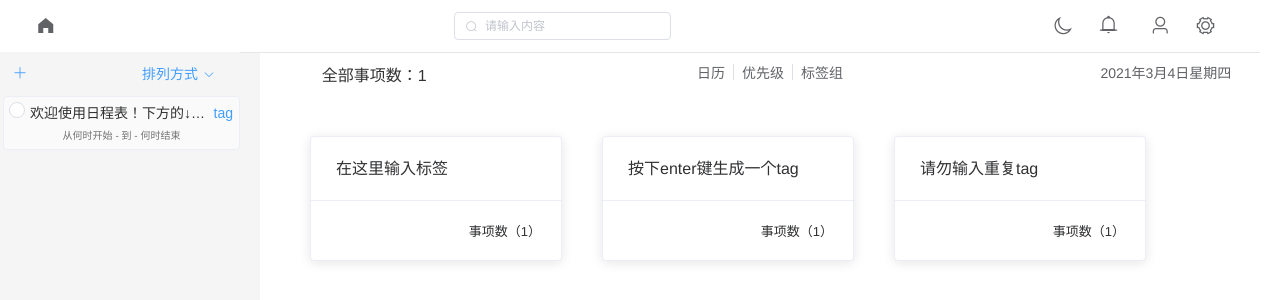
Repository: sierra0114/project01
Page: /#/tags
The author's editor kept a copy of each file at every save. The page is drawn from the files as they stood at one save, then again after the next save.
The browser window is 1280 px wide. The pictures show the whole page.
The project was rebuilt for these pictures with package versions that can differ from the ones it lists, and the page was loaded fresh each time. Also part of the build but not shown: vue.config.js, src/components/Approaching.vue, src/components/Expired.vue, src/components/System.vue, src/components/Calendar.vue, src/components/User.vue, src/components/Login.vue, src/components/Register.vue and 2 more.

Above is the page before, as saved 2021-03-04 00:27:39.

After the next save:
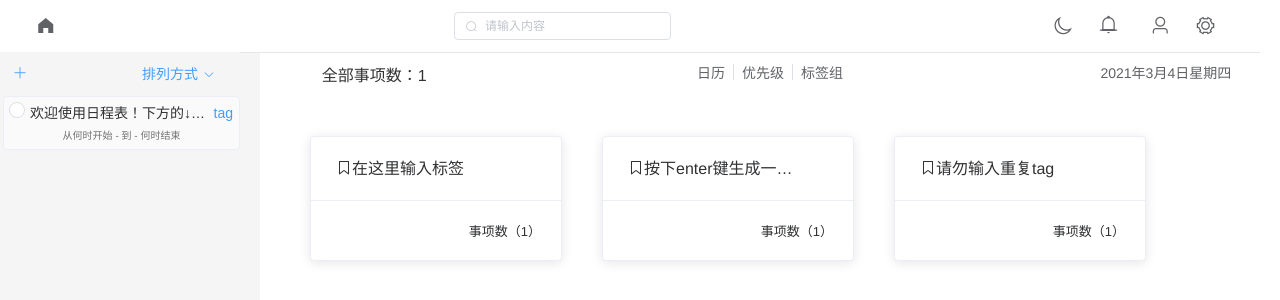
Saved 52 s later.
--- a/src/components/Tags.vue
+++ b/src/components/Tags.vue
@@ -10,7 +10,7 @@
         @click.native="handleClick(index)"
       >
         <div slot="header" class="clearfix">
-          <span><i class=""></i>{{ item.tagNamw }}</span>
+          <span><i class="el-icon-collection-tag"></i>{{ item.tagNamw }}</span>
         </div>
         <div class="count">事项数（{{ item.tagCount }}）</div>
       </el-card>
